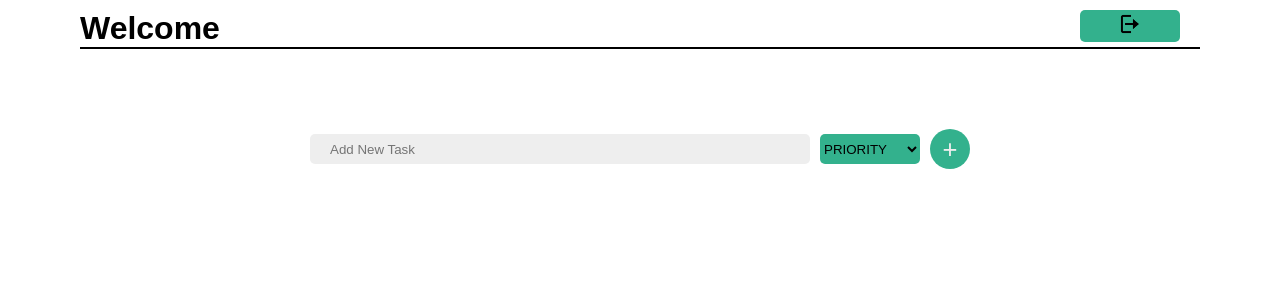
Repository: tebo27cMd/todo_App
Page: /HomePage
An editor plug-in stored every save of this project. The page is shown before and after the next save, followed by the edit.
The browser window is 1280 px wide. The pictures show the whole page.
The page's requests for data from a server got no answer. The project was rebuilt for these pictures with package versions that can differ from the ones it lists, and the page was loaded fresh each time. No one was signed in, and anything a server would have sent is missing. Also part of the build but not shown: src/Pages/LoginPage.jsx, src/Pages/SignInPage.jsx.

Above is the page before, as saved 2022-08-23 11:24:03.

After the next save:
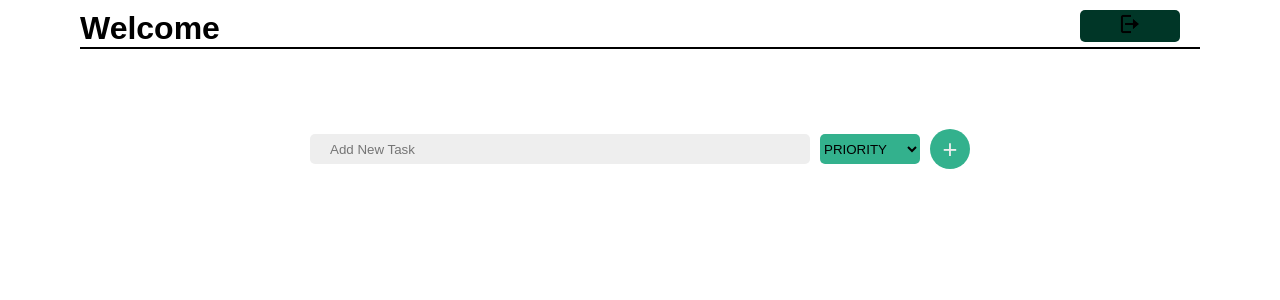
Saved 15 s later.
--- a/src/css/HomePage.css
+++ b/src/css/HomePage.css
@@ -21,7 +21,7 @@
     margin:0px 20px 5px 0px;
     border-radius: 5px;
     border: none;
-    background-color: #33b18d;
+    background-color: #003627;
     cursor: pointer;
     color: white;
     font-size: 1.2em;
